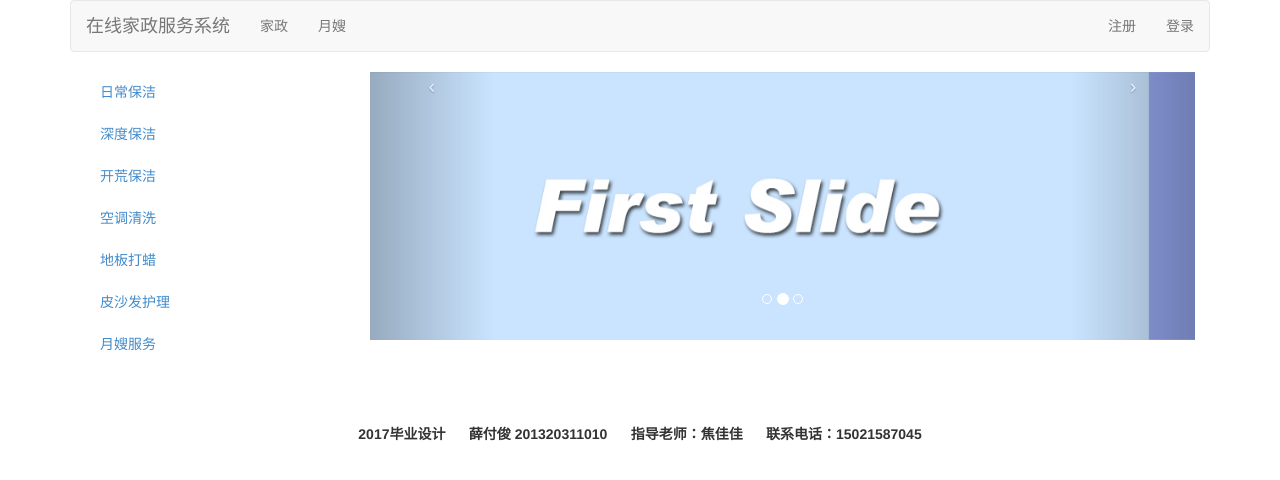
Repository: ELeonCXFJ/MyEclipseWS
Page: http://localhost/MyWeb/
An editor plug-in stored every save of this project. The page is shown before and after the next save, followed by the edit.
The browser window is 1280 px wide. The pictures show the whole page.
The page is served by Tomcat 9. Nobody is signed in. The application's start-up code is not run.

Above is the page before, as saved 2017-03-21 04:36:50.

After the next save:
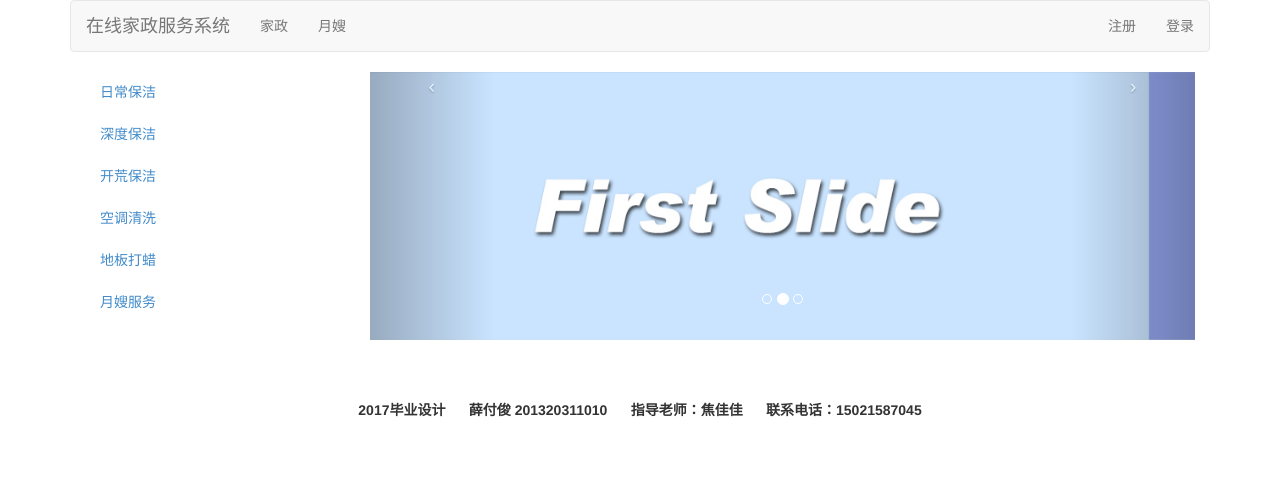
Saved 16 s later.
--- a/MyWeb/WebRoot/index.jsp
+++ b/MyWeb/WebRoot/index.jsp
@@ -25,7 +25,7 @@
 				<li><a href="#">开荒保洁</a></li>
 				<li><a href="#">空调清洗</a></li>
 				<li><a href="#">地板打蜡</a></li>
-				<li><a href="#">皮沙发护理</a></li>
+
 				<li><a href="#">月嫂服务</a></li>
 			</ul>
 		</div>

After the 2 saves that followed:
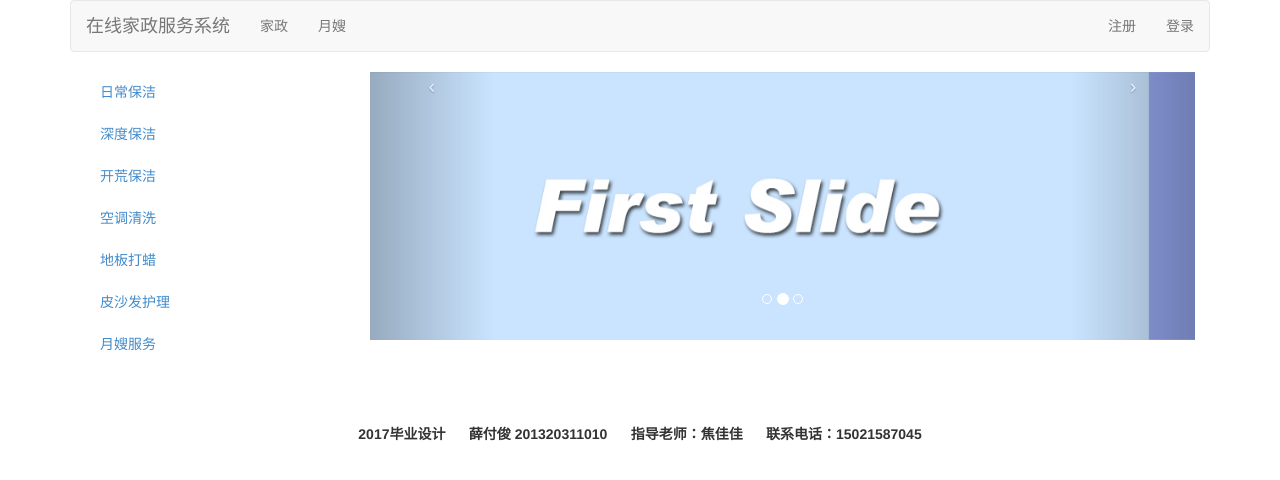
The 2 saves are shown as one change because 1 left the picture as it was.
The last was saved 71 s later.
--- a/MyWeb/WebRoot/index.jsp
+++ b/MyWeb/WebRoot/index.jsp
@@ -25,7 +25,7 @@
 				<li><a href="#">开荒保洁</a></li>
 				<li><a href="#">空调清洗</a></li>
 				<li><a href="#">地板打蜡</a></li>
-
+				<li><a href="#">皮沙发护理</a></li>
 				<li><a href="#">月嫂服务</a></li>
 			</ul>
 		</div>
